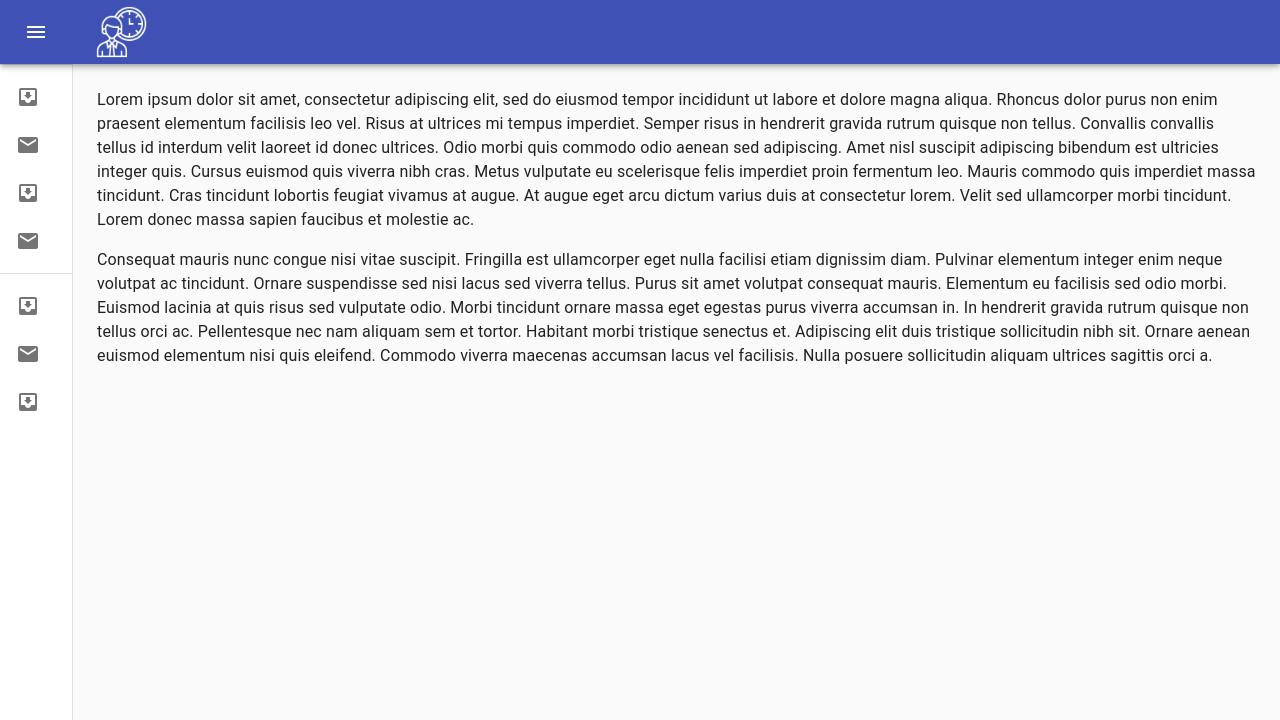
Repository: pgruca96/HappitsChanger
Page: /main
These files come from the project's save history. The page is drawn as it stood at one moment and after the next save; the edit follows.
The browser window is 1280 px wide. The pictures show the whole page.
The project was rebuilt for these pictures with package versions that can differ from the ones it lists, and the page was loaded fresh each time. Also part of the build but not shown: src/styles/LoginPage.js, src/styles/Form.js, src/components/form/index.js, src/styles/colors.js, src/containers/loginPage/logoContainer.js, src/containers/loginPage/index.js.

Above is the page before, as saved 2020-11-02 13:25:12.

After the next save:
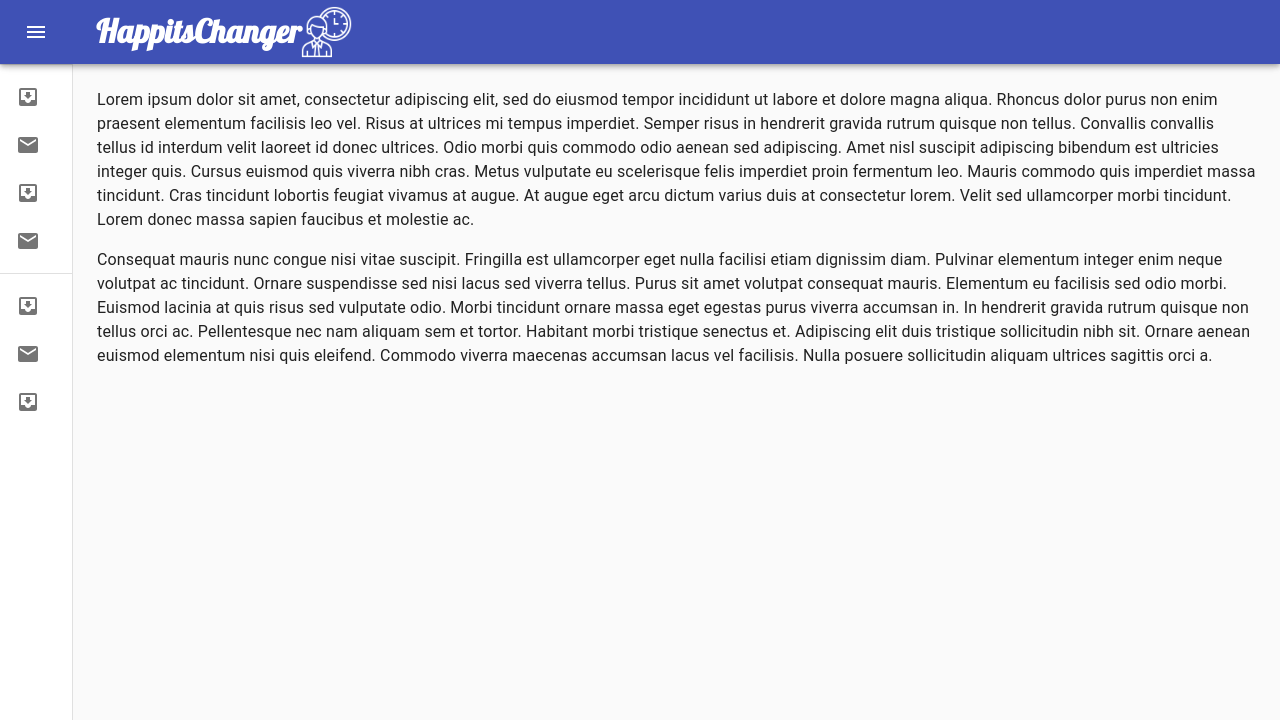
Saved 3 min 37 s later.
--- a/src/containers/mainPage/index.js
+++ b/src/containers/mainPage/index.js
@@ -20,6 +20,7 @@
 // import { primaryTheme } from "../../styles/colors";
 import Logo from "../../components/logo";
 import srcLogo from "../../assets/punctuality.png";
+import { Header } from "../../styles/h2";
 
 const drawerWidth = 240;
 
@@ -122,6 +123,7 @@
           >
             <MenuIcon />
           </IconButton>
+          <Header>HappitsChanger</Header>
           <Logo src={srcLogo} />
         </Toolbar>
       </AppBar>
